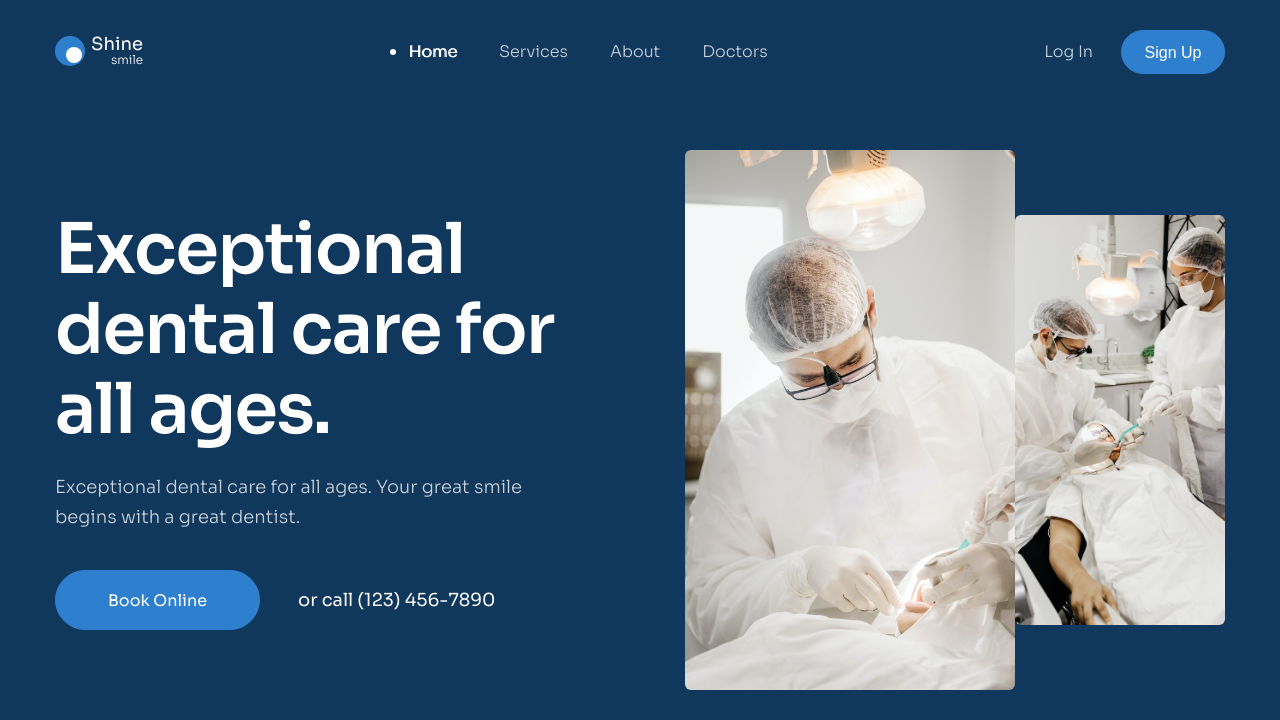
Repository: Tran-Dat/F8_Project_03
Page: index.html
The author's editor kept a copy of each file at every save. The page is drawn from the files as they stood at one save, then again after the next save.
The browser window is 1280 px wide. The pictures show the whole page.

Above is the page before, as saved 2023-04-03 10:43:03.

After the next save:
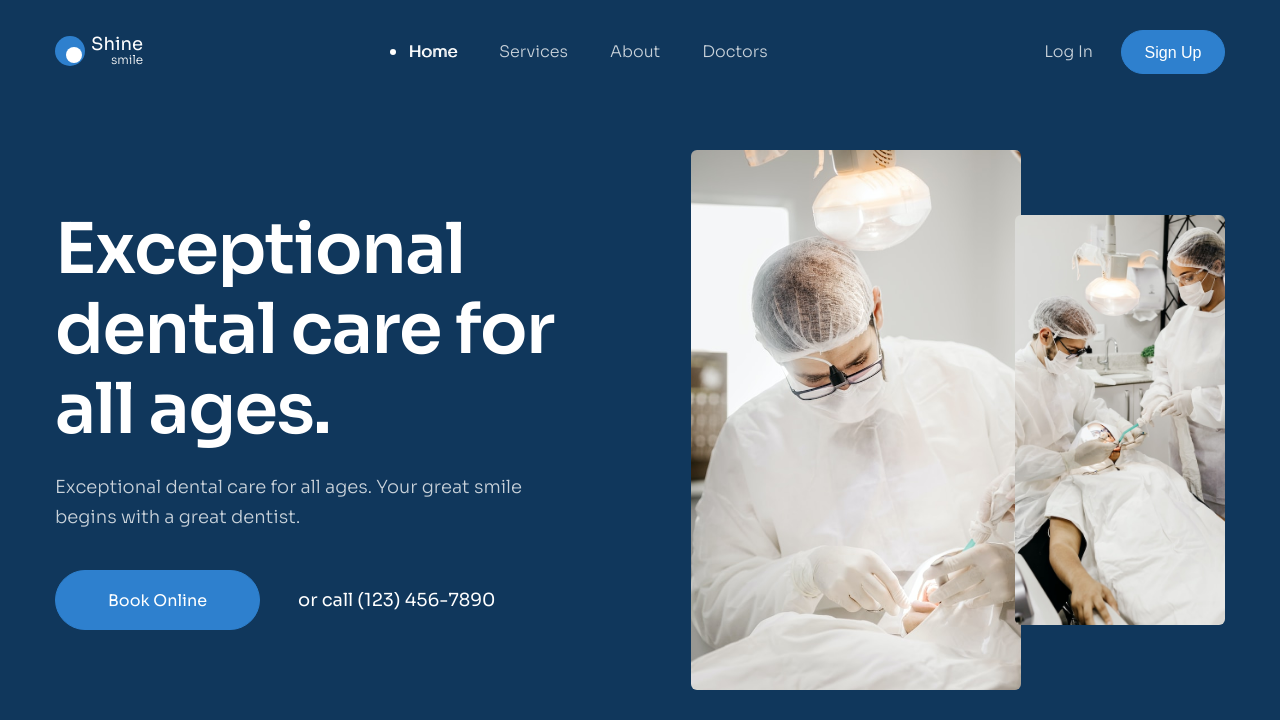
Saved 70 s later.
--- a/assets/css/style.css
+++ b/assets/css/style.css
@@ -217,6 +217,7 @@ a {
 }
 
 .hero__img:last-child {
+    margin-left: -6px;
     width: 210px;
     height: 410px;
 }
